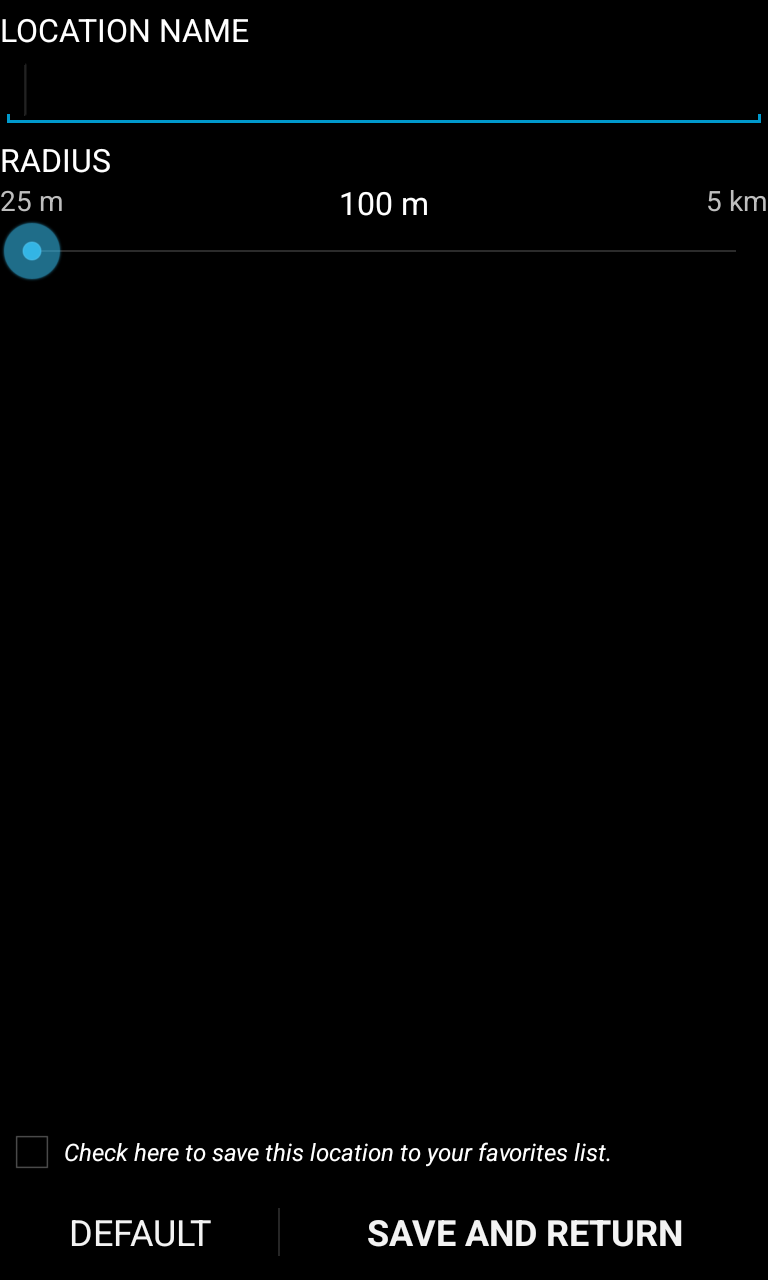
Repository: rpcarrig/memomap
Layout: MemoMapActivity/res/layout/fragment_newmemoloc.xml
These files come from the project's save history. The layout is drawn as it stood at one moment and after the next save; the edit follows.
It is drawn on a 768 x 1280 px phone screen (xhdpi) without system bars, with theme android:Theme.Holo; the app's code is not run.

Above is the layout before, as saved 2013-03-31 02:19:49.

### MemoMapActivity/res/layout/fragment_newmemoloc.xml
<RelativeLayout xmlns:android="http://schemas.android.com/apk/res/android"
    xmlns:tools="http://schemas.android.com/tools"
    android:id="@+id/RelativeLayout1"
    android:layout_width="match_parent"
    android:layout_height="match_parent"
    android:layout_alignParentTop="true"
    android:orientation="vertical" >

    <TextView
        android:id="@+id/TextView01"
        android:layout_width="match_parent"
        android:layout_height="wrap_content"
        android:layout_alignParentLeft="false"
        android:layout_alignParentTop="false"
        android:paddingTop="4dp"
        android:text="@string/location_name"
        android:textAllCaps="true"
        android:textAppearance="?android:attr/textAppearanceLarge"
        android:textColor="@android:color/white"
        android:textSize="16sp" />

    <EditText
        android:id="@+id/newMemoLocation"
        android:layout_width="match_parent"
        android:layout_height="wrap_content"
        android:layout_below="@+id/TextView01"
        android:layout_centerHorizontal="true"
        android:ems="10"
        android:inputType="textEmailSubject" >

        <requestFocus />
    </EditText>

    <TextView
        android:id="@+id/tv_Radius"
        android:layout_width="match_parent"
        android:layout_height="wrap_content"
        android:layout_alignParentLeft="true"
        android:layout_below="@+id/newMemoLocation"
        android:paddingTop="4dp"
        android:text="@string/radius"
        android:textAllCaps="true"
        android:textAppearance="?android:attr/textAppearanceLarge"
        android:textColor="@android:color/white"
        android:textSize="16sp" />

    <CheckBox
        android:id="@+id/checkbox"
        android:layout_width="match_parent"
        android:layout_height="wrap_content"
        android:layout_above="@+id/buttonbarM"
        android:text="@string/remember_loc"
        android:textSize="12sp"
        android:textStyle="italic" />

    <LinearLayout
        android:id="@+id/buttonbarM"
        style="?android:attr/buttonBarStyle"
        android:layout_width="match_parent"
        android:layout_height="wrap_content"
        android:layout_alignParentBottom="true"
        android:layout_alignParentRight="false" >

        <Button
            android:id="@+id/button1"
            style="?android:attr/buttonBarButtonStyle"
            android:layout_width="0dp"
            android:layout_height="wrap_content"
            android:layout_weight="1"
		    android:onClick="defaultClick"
            android:text="@string/default_"
            android:textAllCaps="true" />

        <Button
            android:id="@+id/memoSaveButton"
            style="?android:attr/buttonBarButtonStyle"
            android:layout_width="0dp"
            android:layout_height="wrap_content"
            android:layout_weight="1.75"
            android:onClick="saveMemoClick"
            android:text="@string/save_and_return"
            android:textAllCaps="true"
            android:textStyle="bold" />

    </LinearLayout>

    <TextView
        android:id="@+id/viewmemobody"
        android:layout_width="wrap_content"
        android:layout_height="wrap_content"
        android:layout_alignParentLeft="true"
        android:layout_below="@+id/tv_Radius"
        android:text="@string/m"
        android:textAppearance="?android:attr/textAppearanceSmall" />

    <SeekBar
        android:id="@+id/seekBar1"
        android:layout_width="match_parent"
        android:layout_height="wrap_content"
        android:layout_alignParentLeft="true"
        android:layout_below="@+id/viewmemobody"
        android:max="975"
        android:minHeight="12dp"
        android:progress="0" />

    <TextView
        android:id="@+id/viewloctext"
        android:layout_width="wrap_content"
        android:layout_height="wrap_content"
        android:layout_above="@+id/seekBar1"
        android:layout_alignParentRight="true"
        android:text="@string/k"
        android:textAppearance="?android:attr/textAppearanceSmall" />

    <TextView
        android:id="@+id/TextView02"
        android:layout_width="match_parent"
        android:layout_height="wrap_content"
        android:layout_alignParentLeft="true"
        android:layout_alignTop="@+id/viewmemobody"
        android:gravity="center"
        android:paddingBottom="4dp"
        android:text="@string/mm"
        android:textAllCaps="false"
        android:textAppearance="?android:attr/textAppearanceLarge"
        android:textColor="@android:color/white"
        android:textSize="16sp" />

</RelativeLayout>

### MemoMapActivity/res/values/strings.xml
<?xml version="1.0" encoding="utf-8"?>
<resources>

    <string name="m">25 m</string>
    <string name="mm">100 m</string>
    <string name="k">5 km</string>
    <string name="add_fave">Add Favorite</string>
    <string name="app_name">MemoMap</string>
    <string name="app_version">Alpha v0.39 (23 Mar 2013)</string>
    <string name="address">Address</string>
    <string name="address_hint">Enter an address</string>
    <string name="body">Body</string>
	<string name="body_hint">Compose your memo here.</string>
	<string name="cancel">Cancel</string>
	<string name="choose_fave">Favorite Places</string>
    <string name="continue_">Continue</string>
    <string name="create_here">Use My Location</string>
    <string name="create_memo">Create Memo</string>
    <string name="create_memo_msg">Where would you like to set this memo?</string>
    <string name="default_">Default</string>
    <string name="default_rad">Default Radius</string>
    <string name="delete_memo">Delete Memo</string>
    <string name="edit">Edit Memo</string>
    <string name="explain">The memo\'s radius determines that maximum distance you can be from a memo in order to be reminded. The smaller the radius, the closer you must approach the set location before the notification appears.</string>
    <string name="favorites">Favorites</string>
    <string name="hello_world">Hello world!</string>
    <string name="latitude">Latitude</string>
    <string name="less_than">&lt;</string>
    <string name="location_name">Location Name</string>
    <string name="longitude">Longitude</string>
    <string name="main_menu">Main Menu</string>
    <string name="memo">Memo</string>
    <string name="memo_title">Memo Title</string>
    <string name="nullstring">null</string>
    <string name="my_memos">My Memos</string>
    <string name="menu_settings">Settings</string>
    <string name="ok">OK</string>
    <string name="radius">Radius</string>
    <string name="radius_a">25m</string>
    <string name="radius_b">50m</string>
    <string name="radius_c">100m</string>
    <string name="radius_info">What does this mean?</string>
    <string name="remember_loc">Check here to save this location to your favorites list.</string>
    <string name="reset_view">Reset View</string>
    <string name="save">Save Memo</string>
    <string name="save_and_return">Save and Return</string>
    <string name="saved_memos">Saved Memos</string>
    <string name="search">Search</string>
    <string name="search_addr">Search by Address</string>
    <string name="service_name">MemoMap Location Service</string>
    <string name="settings">Settings</string>
    <string name="title">Title</string>
    <string name="view_faves">Favorite Places</string>
    <string name="view_memos">View Memos</string>

</resources>

After the next save:
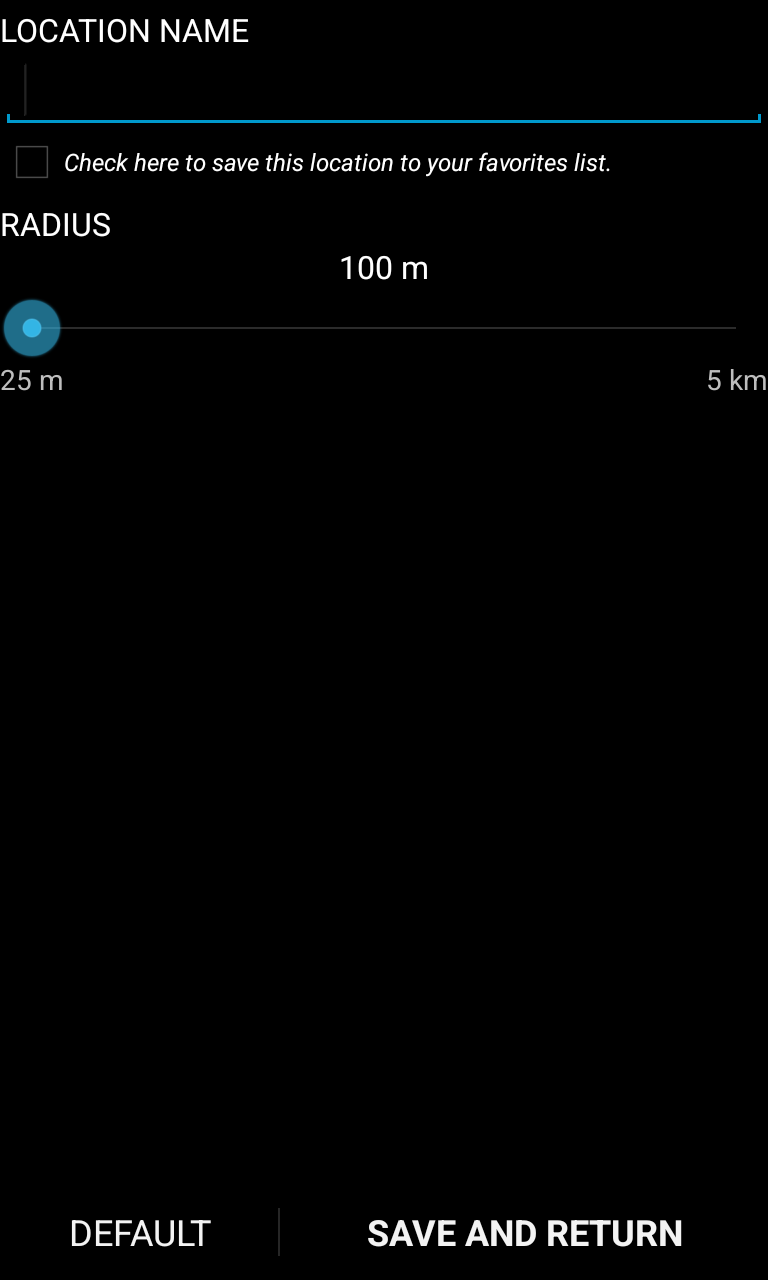
Saved 6 min 49 s later.
--- a/MemoMapActivity/res/layout/fragment_newmemoloc.xml
+++ b/MemoMapActivity/res/layout/fragment_newmemoloc.xml
@@ -31,28 +31,6 @@
         <requestFocus />
     </EditText>
 
-    <TextView
-        android:id="@+id/tv_Radius"
-        android:layout_width="match_parent"
-        android:layout_height="wrap_content"
-        android:layout_alignParentLeft="true"
-        android:layout_below="@+id/newMemoLocation"
-        android:paddingTop="4dp"
-        android:text="@string/radius"
-        android:textAllCaps="true"
-        android:textAppearance="?android:attr/textAppearanceLarge"
-        android:textColor="@android:color/white"
-        android:textSize="16sp" />
-
-    <CheckBox
-        android:id="@+id/checkbox"
-        android:layout_width="match_parent"
-        android:layout_height="wrap_content"
-        android:layout_above="@+id/buttonbarM"
-        android:text="@string/remember_loc"
-        android:textSize="12sp"
-        android:textStyle="italic" />
-
     <LinearLayout
         android:id="@+id/buttonbarM"
         style="?android:attr/buttonBarStyle"
@@ -84,31 +62,54 @@
 
     </LinearLayout>
 
-    <TextView
-        android:id="@+id/viewmemobody"
-        android:layout_width="wrap_content"
+    <CheckBox
+        android:id="@+id/checkbox"
+        android:layout_width="match_parent"
         android:layout_height="wrap_content"
         android:layout_alignParentLeft="true"
-        android:layout_below="@+id/tv_Radius"
-        android:text="@string/m"
-        android:textAppearance="?android:attr/textAppearanceSmall" />
+        android:layout_below="@+id/newMemoLocation"
+        android:text="@string/remember_loc"
+        android:textSize="12sp"
+        android:textStyle="italic" />
+
+    <TextView
+        android:id="@+id/tv_Radius"
+        android:layout_width="match_parent"
+        android:layout_height="wrap_content"
+        android:layout_alignParentLeft="true"
+        android:layout_below="@+id/checkbox"
+        android:paddingTop="4dp"
+        android:text="@string/radius"
+        android:textAllCaps="true"
+        android:textAppearance="?android:attr/textAppearanceLarge"
+        android:textColor="@android:color/white"
+        android:textSize="16sp" />
 
     <SeekBar
         android:id="@+id/seekBar1"
         android:layout_width="match_parent"
         android:layout_height="wrap_content"
         android:layout_alignParentLeft="true"
-        android:layout_below="@+id/viewmemobody"
+        android:layout_below="@+id/TextView02"
         android:max="975"
         android:minHeight="12dp"
         android:progress="0" />
 
     <TextView
+        android:id="@+id/viewmemobody"
+        android:layout_width="wrap_content"
+        android:layout_height="wrap_content"
+        android:layout_alignParentLeft="true"
+        android:layout_below="@+id/seekBar1"
+        android:text="@string/m"
+        android:textAppearance="?android:attr/textAppearanceSmall" />
+
+    <TextView
         android:id="@+id/viewloctext"
         android:layout_width="wrap_content"
         android:layout_height="wrap_content"
-        android:layout_above="@+id/seekBar1"
         android:layout_alignParentRight="true"
+        android:layout_below="@+id/seekBar1"
         android:text="@string/k"
         android:textAppearance="?android:attr/textAppearanceSmall" />
 
@@ -117,7 +118,7 @@
         android:layout_width="match_parent"
         android:layout_height="wrap_content"
         android:layout_alignParentLeft="true"
-        android:layout_alignTop="@+id/viewmemobody"
+        android:layout_below="@+id/tv_Radius"
         android:gravity="center"
         android:paddingBottom="4dp"
         android:text="@string/mm"
